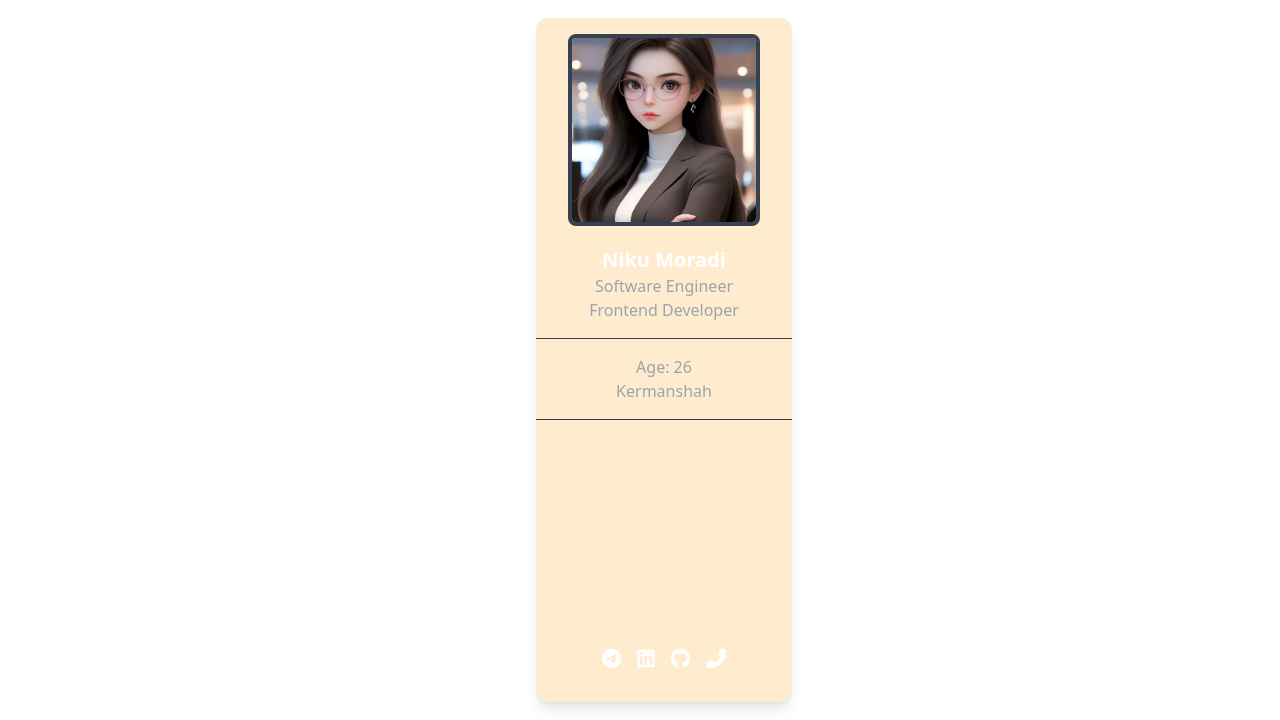
Repository: NikuMoradi/niku-moradi
Page: /
These files come from the project's save history. The page is drawn as it stood at one moment and after the next save; the edit follows.
The browser window is 1280 px wide. The pictures show the whole page.
The project was rebuilt for these pictures with package versions that can differ from the ones it lists, and the page was loaded fresh each time. The framework's server and built-in components were replaced by stand-ins that run in the browser. Also part of the build but not shown: nuxt.config.ts, components/Blog Posts/Component-Design.vue, components/Blog.vue, components/Contact.vue, components/Education.vue, components/Experience.vue, components/Hero.vue, components/MyPage.vue and 2 more.

Above is the page before, as saved 2024-11-29 08:25:24.

### assets/css/main.css
@tailwind base;
@tailwind components;
@tailwind utilities;

body {
  /* From https://css.glass */
  background: #ffffff;
}

@layer utilities {
  .panel-bg {
    background-color: blanchedalmond;
  }
}

### components/LeftPanel.vue
<template>
  <div
    class="panel-bg text-white h-[95vh] w-64 ml-12 rounded-xl shadow-lg flex flex-col"
  >
    <!-- Profile Picture -->
    <div
      class="p-4 flex flex-col items-center justify-center border-b border-gray-700"
    >
      <img
        src="../assets/img/photo_2024-11-28_10-37-05.jpg"
        alt="Profile Picture"
        class="w-48 h-48 mb-5 rounded-lg border-4 border-gray-700 object-cover object-center"
      />
      <h2 class="text-xl font-bold">Niku Moradi</h2>
      <p class="text-md text-gray-400">Software Engineer</p>
      <p class="text-md text-gray-400">Frontend Developer</p>
    </div>

    <!-- Biography -->
    <div class="p-4 text-center border-b border-gray-700">
      <p class="text-md text-gray-400">Age: 26</p>
      <p class="text-md text-gray-400">Kermanshah</p>
    </div>

    <!-- Social Links -->
    <div class="py-8 text-center mt-auto text-white">
      <div class="space-x-4">
        <a
          href="https://t.me/yourusername"
          target="_blank"
          class="text-white hover:text-blue-400"
        >
          <i class="fab fa-telegram fa-lg"></i>
        </a>
        <a
          href="https://linkedin.com/in/yourusername"
          target="_blank"
          class="text-white hover:text-blue-600"
        >
          <i class="fab fa-linkedin fa-lg"></i>
        </a>
        <a
          href="https://github.com/yourusername"
          target="_blank"
          class="text-white hover:text-gray-700"
        >
          <i class="fab fa-github fa-lg"></i>
        </a>
        <a href="tel:+1234567890" class="text-white hover:text-green-400">
          <i class="fas fa-phone-alt fa-lg"></i>
        </a>
      </div>
    </div>
  </div>
</template>

### layouts/default.vue
<template>
  <div class="flex justify-center items-center min-h-screen">
    <!-- Left panel -->
    <LeftPanel />
  </div>
</template>

<script setup>
import LeftPanel from "~/components/LeftPanel.vue";
</script>

<style scoped>
/* Optional: additional styling for the layout */
.main-content {
  max-width: 100%;
  overflow-y: auto;
}
</style>

### app.vue
<!-- The app.vue is just holding the layout container and serving as the root.
 The default.vue layout handles the overall structure of the page.
All content from your pages will automatically be placed inside the NuxtPage slot of the layout.-->
<template>
  <NuxtLayout />
</template>

### components/Menu.vue
<template>
  <div class="flex items-center bg-black text-white px-1 py-1 rounded-lg">
    <!-- About -->
    <NuxtLink
      to="/about"
      class="font-medium rounded-lg px-10 py-2 hover:text-gray-300 transition duration-200"
      exact-active-class="bg-white text-black hover:text-black "
    >
      About
    </NuxtLink>

    <!-- Experience -->
    <NuxtLink
      to="/experience"
      class="font-medium rounded-lg px-10 py-2 hover:text-gray-300 transition duration-200"
      exact-active-class="bg-white text-black"
    >
      Experience
    </NuxtLink>

    <!-- Projects -->
    <NuxtLink
      to="/projects"
      class="font-medium rounded-lg px-10 py-2 hover:text-gray-300 transition duration-200"
      exact-active-class="bg-white text-black"
    >
      Projects
    </NuxtLink>

    <!-- Blog -->
    <!-- <NuxtLink
      to="/blog"
      class="font-medium rounded-lg px-10 py-2 hover:text-gray-300 transition duration-200"
      exact-active-class="bg-white text-black"
    >
      Blog
    </NuxtLink> -->
  </div>
</template>

### pages/index.vue
<template>
  <div>
    <h1>Welcome to Niku's Site</h1>
    <!-- Add any components or content here -->
  </div>
</template>

<script setup>
// Your script setup if needed
</script>

Loaded but not shown: tailwind.config.js (common file); plugins/aos.client.js (no copy from this time; the picture is the same without it)

After the next save:
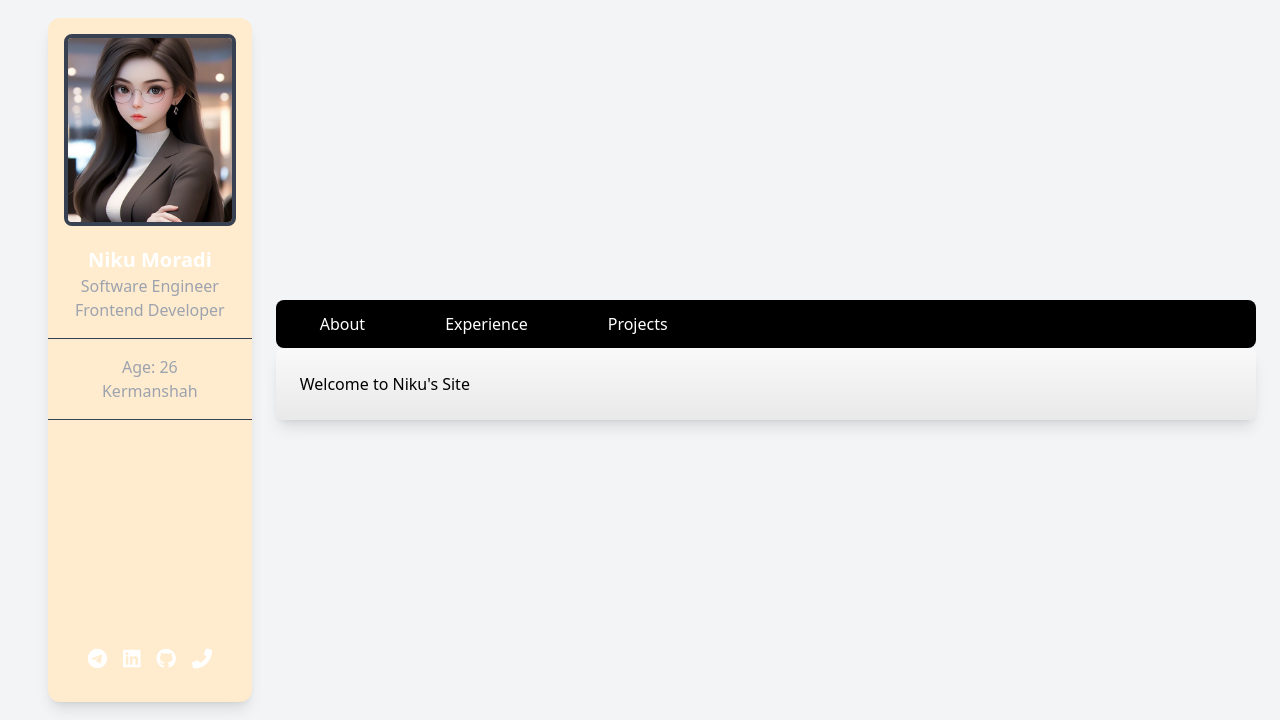
Saved 25 min 50 s later.
--- a/layouts/default.vue
+++ b/layouts/default.vue
@@ -1,18 +1,24 @@
 <template>
-  <div class="flex justify-center items-center min-h-screen">
-    <!-- Left panel -->
+  <div class="flex justify-center items-center min-h-screen bg-gray-100">
+    <!-- Sidebar -->
     <LeftPanel />
+
+    <!-- Main Content Area -->
+    <div class="flex flex-col w-full max-w-6xl px-6 py-6">
+      <Menu />
+
+      <!-- Scrollable Middle Section -->
+      <main
+        class="flex-1 overflow-y-auto bg-white rounded-lg shadow-lg p-6"
+        style="background: linear-gradient(to bottom, #f9f9f9, #e9e9e9)"
+      >
+        <NuxtPage />
+      </main>
+    </div>
   </div>
 </template>
 
 <script setup>
 import LeftPanel from "~/components/LeftPanel.vue";
+import Menu from "~/components/Menu.vue";
 </script>
-
-<style scoped>
-/* Optional: additional styling for the layout */
-.main-content {
-  max-width: 100%;
-  overflow-y: auto;
-}
-</style>
